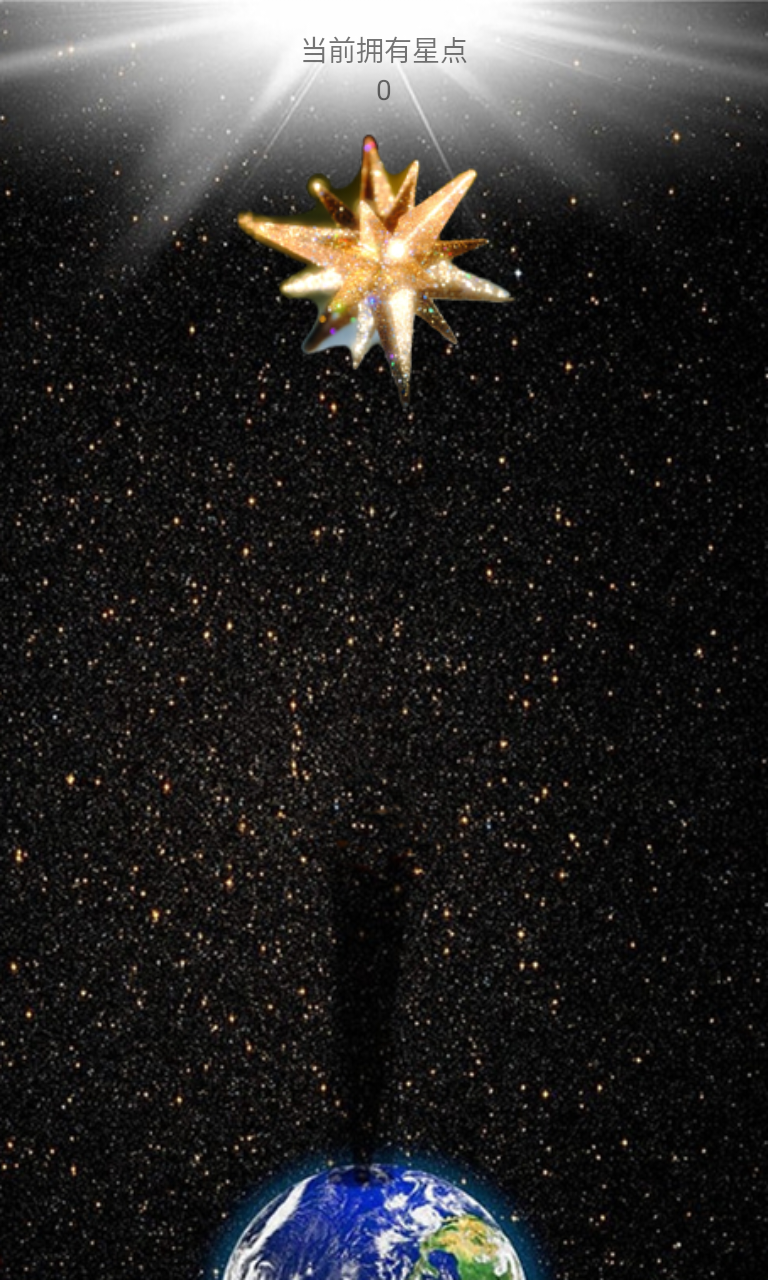
Repository: xianyun2014/StarPoint
Layout: game/res/layout/activity_main.xml
These files come from the project's save history. The layout is drawn as it stood at one moment and after the next save; the edit follows.
It is drawn on a 768 x 1280 px phone screen (xhdpi) without system bars, with theme AppTheme; the app's code is not run.

Above is the layout before, as saved 2014-11-16 14:20:37.

After the next save:
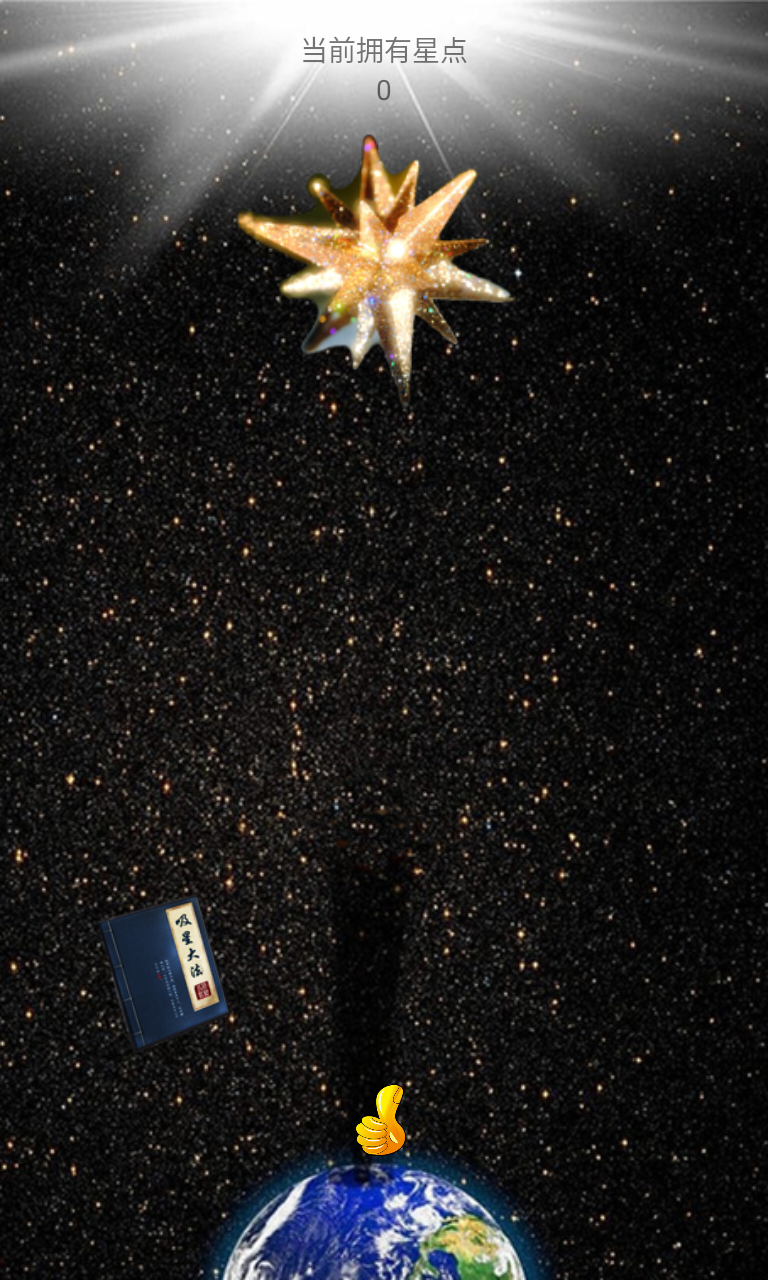
Saved 86 min 0 s later.
--- a/game/res/layout/activity_main.xml
+++ b/game/res/layout/activity_main.xml
@@ -39,5 +39,21 @@
         android:layout_centerHorizontal="true"
         android:text="0" />
 
+    <ImageView
+        android:id="@+id/imageView2"
+        android:layout_width="50dp"
+        android:layout_height="50dp"
+        android:layout_alignParentBottom="true"
+        android:layout_centerHorizontal="true"
+        android:layout_marginBottom="54dp"
+        android:src="@drawable/jz_mz" />
+
+    <ImageView
+        android:id="@+id/imageView3"
+        android:layout_width="70dp"
+        android:layout_height="100dp"
+        android:layout_above="@+id/imageView2"
+        android:layout_toLeftOf="@+id/imgStar"
+        android:src="@drawable/jz_xzdf" />
 
 </RelativeLayout>
